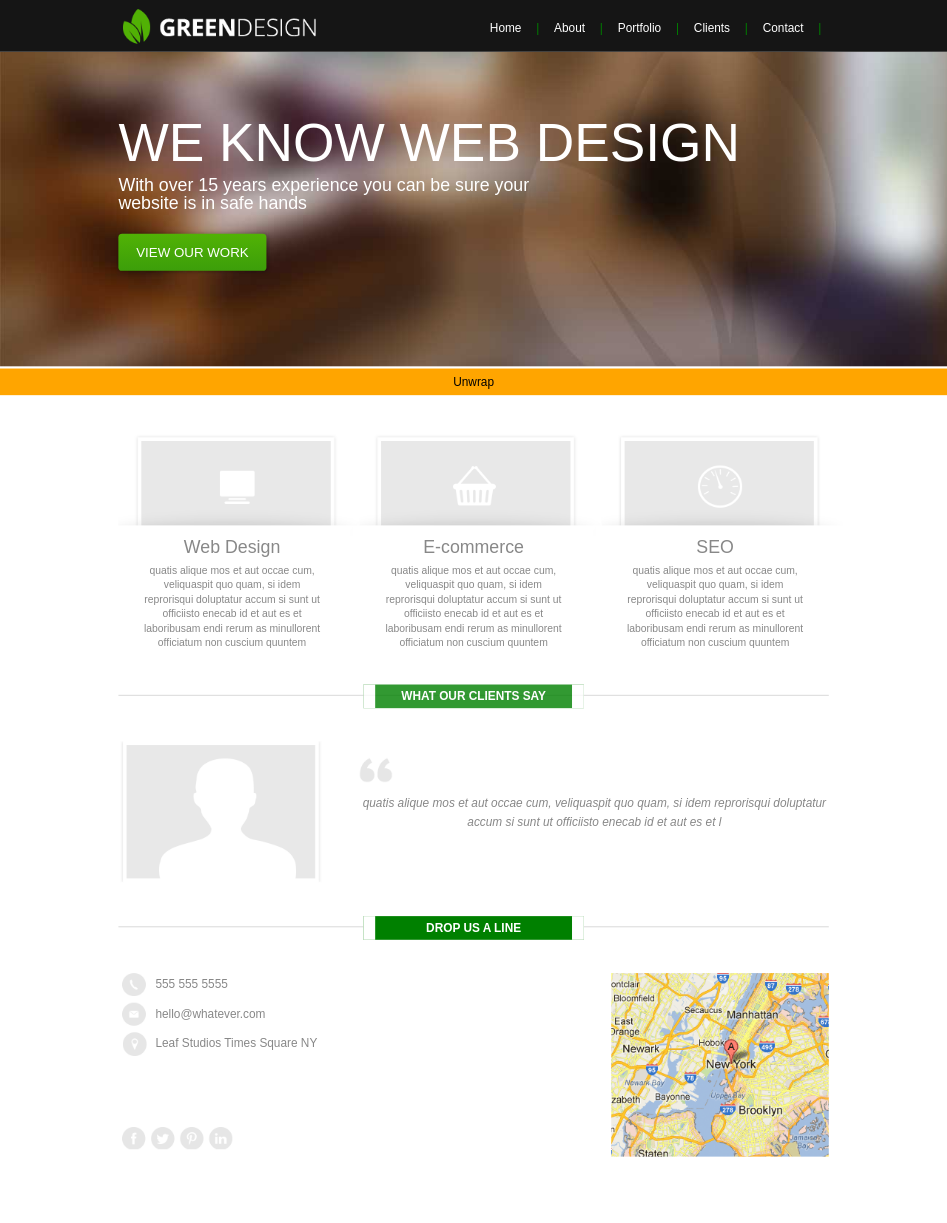
Repository: prathmeshgodbole/Javascript
Page: Basics/Jquery/index.html
These files come from the project's save history. The page is drawn as it stood at one moment and after a run of saves; the edit follows.
The browser window is 1280 px wide. The pictures show the whole page, at 74% of full size.
After loading, the first visible `h2` was clicked once.

Above is the page before, as saved 2020-08-09 11:24:30.

After the next 2 saves:
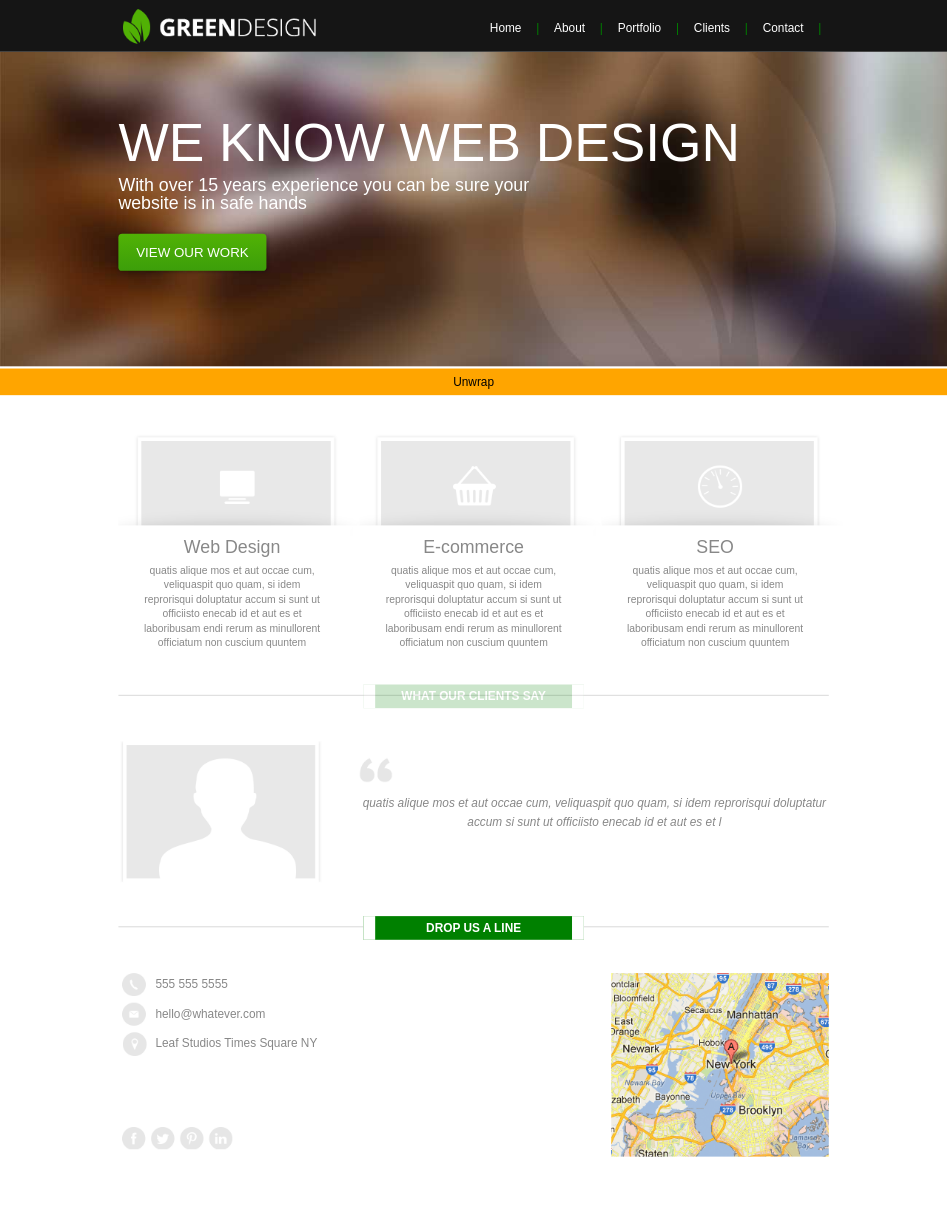
The 2 saves are shown as one change because they came seconds apart.
The last was saved 24 s later.
--- a/Basics/Jquery/scripts/animation.js
+++ b/Basics/Jquery/scripts/animation.js
@@ -8,7 +8,7 @@ $(document).ready(function() {
     // });
 
     $("section > h2").on("click", function() {
-        $(this).fadeTo(200, 0.2)
-            .fadeTo(200, 0.8);
+        $(this).fadeTo(200, 0.2);
+
     });
 });
